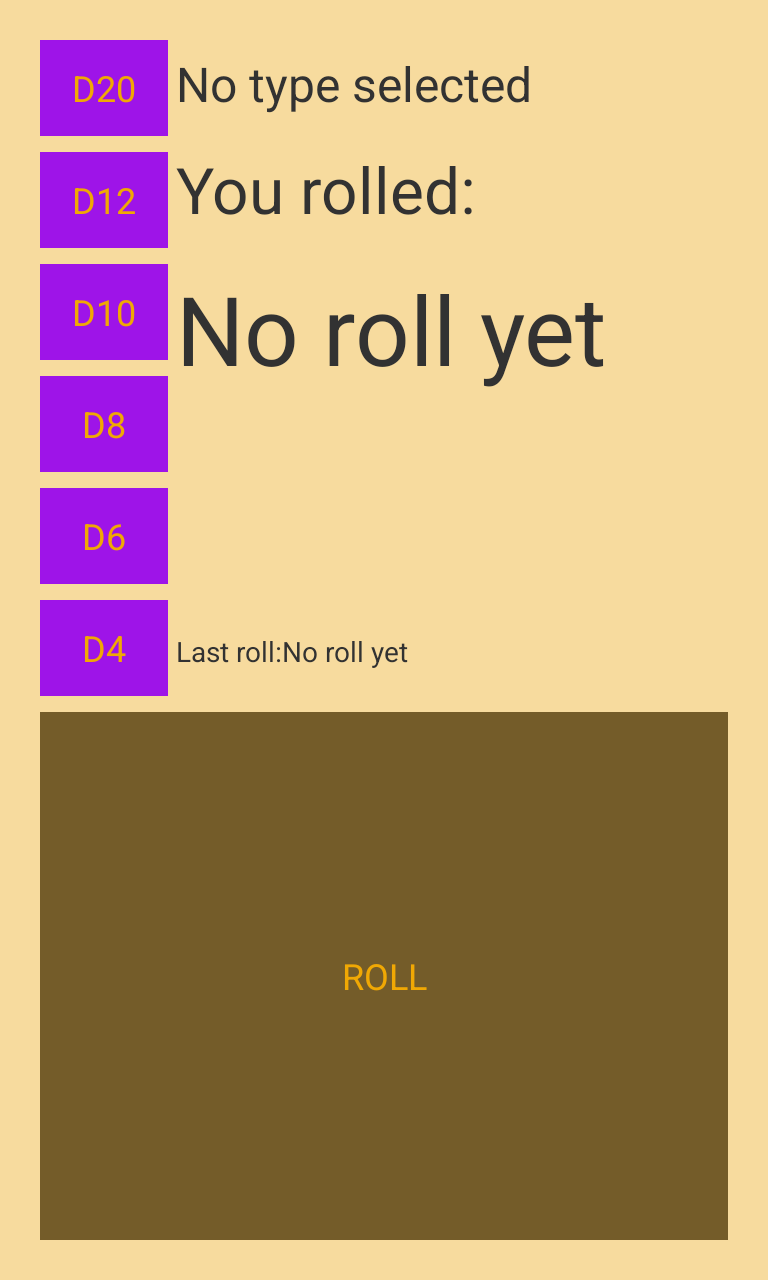
Repository: Bjodol/Roller
Layout: Roller3/res/layout/activity_main.xml
The author's editor kept a copy of each file at every save. The layout is drawn from the files as they stood at one save, then again after the next save.
It is drawn on a 768 x 1280 px phone screen (xhdpi) without system bars, with theme AppTheme; the app's code is not run. The app's manifest (not shown) leaves right-to-left support off. So textAlignment, textDirection and layoutDirection are ignored, and left and right values win over start and end ones.

Above is the layout before, as saved 2013-08-31 08:50:34.

After the next save:
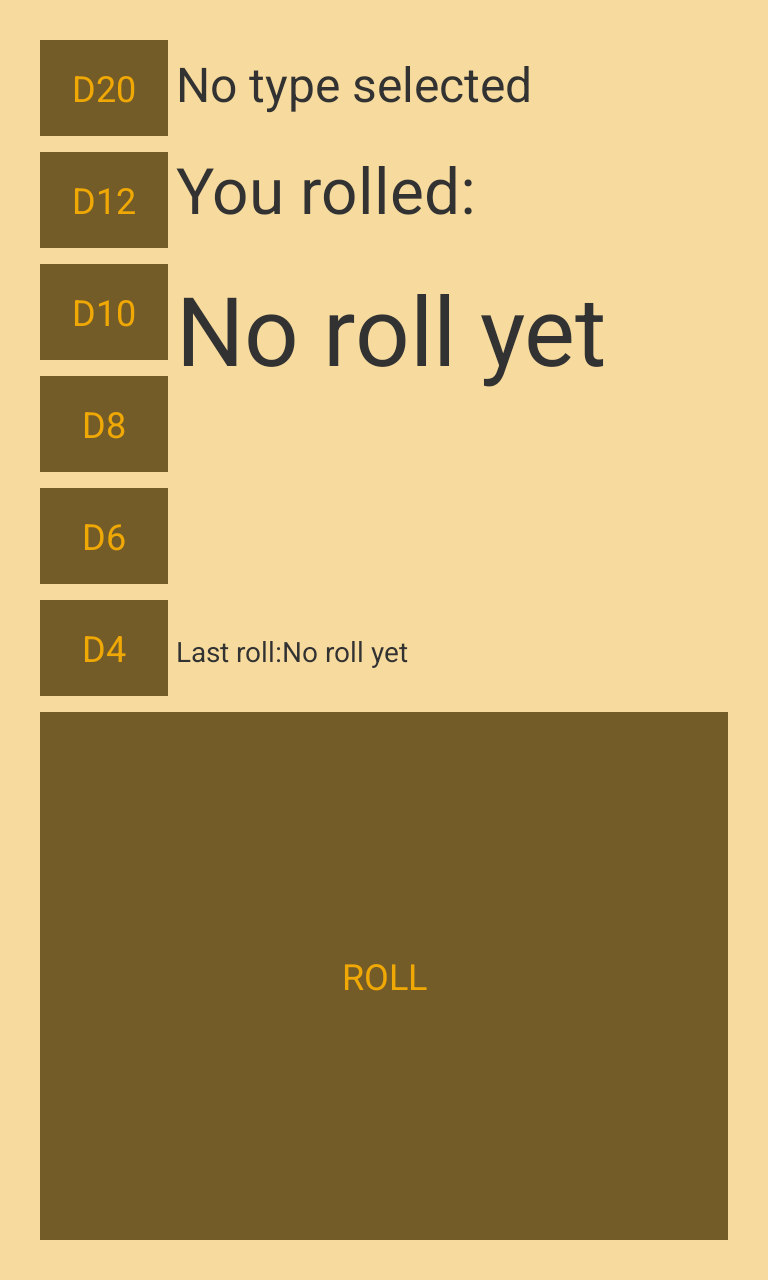
Saved 71 s later.
--- a/Roller3/res/layout/activity_main.xml
+++ b/Roller3/res/layout/activity_main.xml
@@ -13,7 +13,7 @@
     <Button
         android:id="@+id/d12"
         android:layout_margin="4dp"
-        android:background="@color/Purple"
+        android:background="@color/Brown"
         android:textColor="@color/Bronze"
         android:layout_width="wrap_content"
         android:layout_height="wrap_content"
@@ -89,7 +89,7 @@
     <Button
         android:id="@+id/d10"
         android:layout_margin="4dp"
-        android:background="@color/Purple"
+        android:background="@color/Brown"
         android:textColor="@color/Bronze"
         android:layout_width="wrap_content"
         android:layout_height="wrap_content"
@@ -101,7 +101,7 @@
     <Button
         android:id="@+id/d8"
         android:layout_margin="4dp"
-        android:background="@color/Purple"
+        android:background="@color/Brown"
         android:textColor="@color/Bronze"
         android:layout_width="wrap_content"
         android:layout_height="wrap_content"
@@ -113,7 +113,7 @@
     <Button
         android:id="@+id/d6"
         android:layout_margin="4dp"
-        android:background="@color/Purple"
+        android:background="@color/Brown"
         android:textColor="@color/Bronze"
         android:layout_width="wrap_content"
         android:layout_height="wrap_content"
@@ -125,7 +125,7 @@
     <Button
         android:id="@+id/d4"
         android:layout_margin="4dp"
-        android:background="@color/Purple"
+        android:background="@color/Brown"
         android:textColor="@color/Bronze"
         android:layout_width="wrap_content"
         android:layout_height="wrap_content"
@@ -141,7 +141,7 @@
         android:layout_alignParentLeft="true"
         android:layout_alignParentTop="true"
         android:layout_margin="4dp"
-        android:background="@color/Purple"
+        android:background="@color/Brown"
         android:onClick="d20"
         android:text="@string/d20"
         android:textColor="@color/Bronze" />
